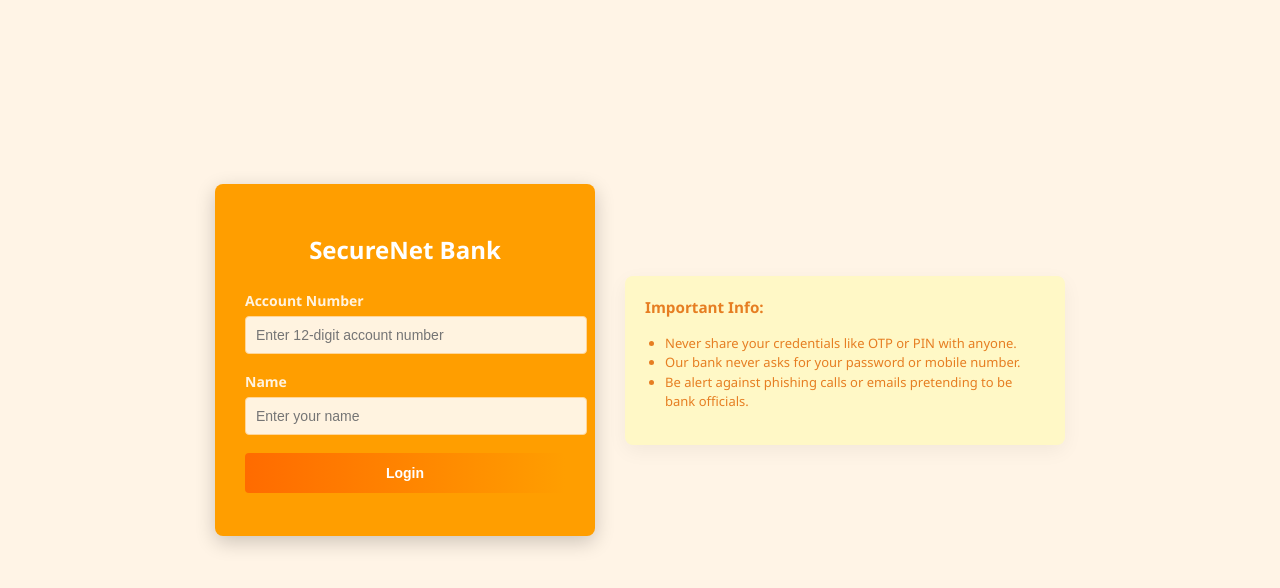
Repository: atharvthonge/Bank-Management-System
Page: http://localhost/login
An editor plug-in stored every save of this project. The page is shown before and after the next save, followed by the edit.
The browser window is 1280 px wide. The pictures show the whole page.
The page is this project's Thymeleaf template; nobody is signed in. The template is opened directly, without the code that normally fills it, so the values that code supplies are empty.

Above is the page before, as saved 2025-08-22 11:54:37.

### com.securenetbank/src/main/resources/templates/login.html
<!DOCTYPE html>
<html xmlns:th="http://www.thymeleaf.org">
<head>
    <title>SecureNet Bank - Login</title>
    <style>
        body {
            margin: 0;
            font-family: 'Segoe UI', Tahoma, Geneva, Verdana, sans-serif;
            background-color: #fff4e6; /* soft cream background that matches orange box */
        }

        .container {
            display: flex;
            justify-content: center;
            align-items: center;
            height: 100vh;
            gap: 30px;
        }

        .login-box {
            background-color: #ff9e00; /* orange box */
            width: 320px;
            padding: 30px;
            border-radius: 8px;
            box-shadow: 0 6px 20px rgba(0,0,0,0.2);
        }

        .login-box h2 {
            text-align: center;
            margin-bottom: 25px;
            color: #ffffff; /* white text */
        }

        .login-box label {
            display: block;
            margin-bottom: 6px;
            font-weight: 600;
            color: #fff3e0; /* light orange label */
            font-size: 14px;
        }

        .login-box input[type="text"] {
            width: 100%;
            padding: 10px;
            margin-bottom: 18px;
            border: 1px solid #ffd699; /* soft border matching box */
            border-radius: 4px;
            font-size: 14px;
            background-color: #fff3e0; /* light input background */
        }

        .login-box button {
            width: 100%;
            padding: 12px;
            background: linear-gradient(to right, #ff6b00, #ff9e00); /* orange gradient */
            border: none;
            color: white;
            font-weight: bold;
            border-radius: 4px;
            cursor: pointer;
            font-size: 14px;
        }

        .login-box button:hover {
            opacity: 0.9;
        }

        .login-box p.error {
            color: #d32f2f; /* red for errors */
            text-align: center;
            font-size: 13px;
        }

        .info-box {
            background-color: #fff8c6; /* light yellow info box */
            padding: 20px;
            width: 400px;
            border-radius: 8px;
            box-shadow: 0 6px 20px rgba(0,0,0,0.05);
            color: #e67e22; /* orange text */
            font-size: 13px;
            line-height: 1.5;
        }

        .info-box h3 {
            margin-top: 0;
        }

        .info-box ul {
            padding-left: 20px;
        }
    </style>
</head>
<body>
    <div class="container">
        <div class="login-box">
            <h2>SecureNet Bank</h2>
            <form th:action="@{/login}" method="post">
                <label>Account Number</label>
                <input type="text" name="accNo" placeholder="Enter 12-digit account number" required>

                <label>Name</label>
                <input type="text" name="name" placeholder="Enter your name" required>

                <button type="submit">Login</button>
            </form>
            <p class="error" th:text="${error}"></p>
        </div>

        <div class="info-box">
            <h3>Important Info:</h3>
            <ul>
                <li>Never share your credentials like OTP or PIN with anyone.</li>
                <li>Our bank never asks for your password or mobile number.</li>
                <li>Be alert against phishing calls or emails pretending to be bank officials.</li>
            </ul>
        </div>
    </div>
</body>
</html>

After the next save:
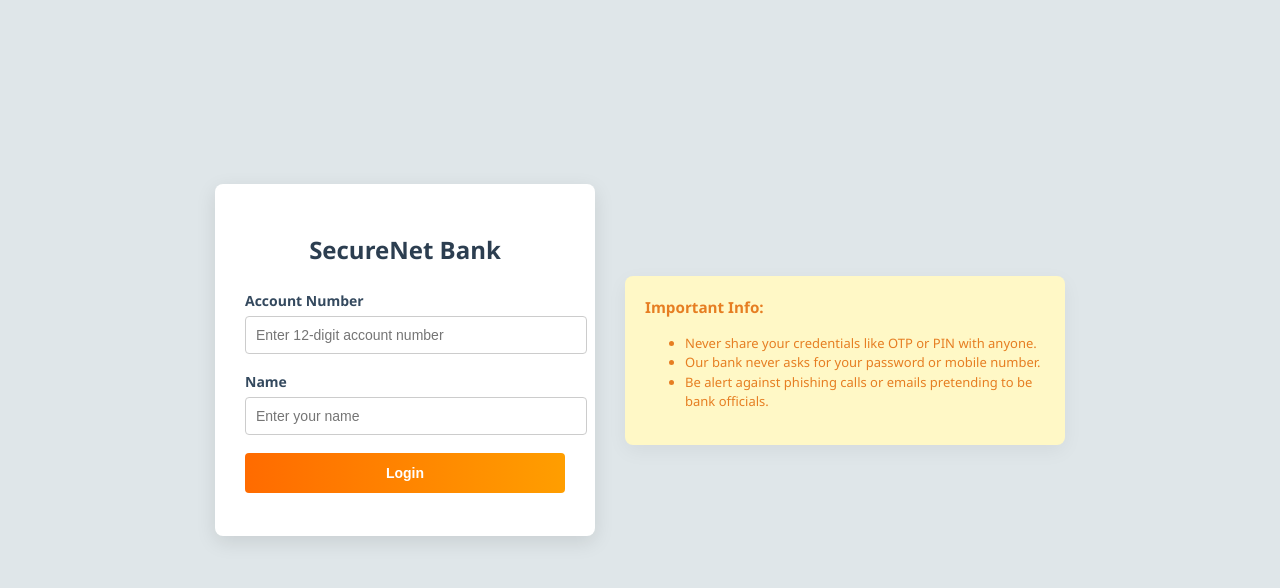
Saved 35 s later.
--- a/com.securenetbank/src/main/resources/templates/login.html
+++ b/com.securenetbank/src/main/resources/templates/login.html
@@ -6,7 +6,7 @@
         body {
             margin: 0;
             font-family: 'Segoe UI', Tahoma, Geneva, Verdana, sans-serif;
-            background-color: #fff4e6; /* soft cream background that matches orange box */
+            background-color: #dfe6e9; /* new background color, soft gray-blue */
         }
 
         .container {
@@ -18,24 +18,24 @@
         }
 
         .login-box {
-            background-color: #ff9e00; /* orange box */
+            background-color: #ffffff; /* keep white */
             width: 320px;
             padding: 30px;
             border-radius: 8px;
-            box-shadow: 0 6px 20px rgba(0,0,0,0.2);
+            box-shadow: 0 6px 20px rgba(0,0,0,0.1);
         }
 
         .login-box h2 {
             text-align: center;
             margin-bottom: 25px;
-            color: #ffffff; /* white text */
+            color: #2c3e50;
         }
 
         .login-box label {
             display: block;
             margin-bottom: 6px;
             font-weight: 600;
-            color: #fff3e0; /* light orange label */
+            color: #34495e;
             font-size: 14px;
         }
 
@@ -43,16 +43,15 @@
             width: 100%;
             padding: 10px;
             margin-bottom: 18px;
-            border: 1px solid #ffd699; /* soft border matching box */
+            border: 1px solid #ccc;
             border-radius: 4px;
             font-size: 14px;
-            background-color: #fff3e0; /* light input background */
         }
 
         .login-box button {
             width: 100%;
             padding: 12px;
-            background: linear-gradient(to right, #ff6b00, #ff9e00); /* orange gradient */
+            background: linear-gradient(to right, #ff6b00, #ff9e00);
             border: none;
             color: white;
             font-weight: bold;
@@ -66,13 +65,13 @@
         }
 
         .login-box p.error {
-            color: #d32f2f; /* red for errors */
+            color: #e74c3c;
             text-align: center;
             font-size: 13px;
         }
 
         .info-box {
-            background-color: #fff8c6; /* light yellow info box */
+            background-color: #fff8c6; /* light yellow */
             padding: 20px;
             width: 400px;
             border-radius: 8px;
@@ -84,10 +83,6 @@
 
         .info-box h3 {
             margin-top: 0;
-        }
-
-        .info-box ul {
-            padding-left: 20px;
         }
     </style>
 </head>
